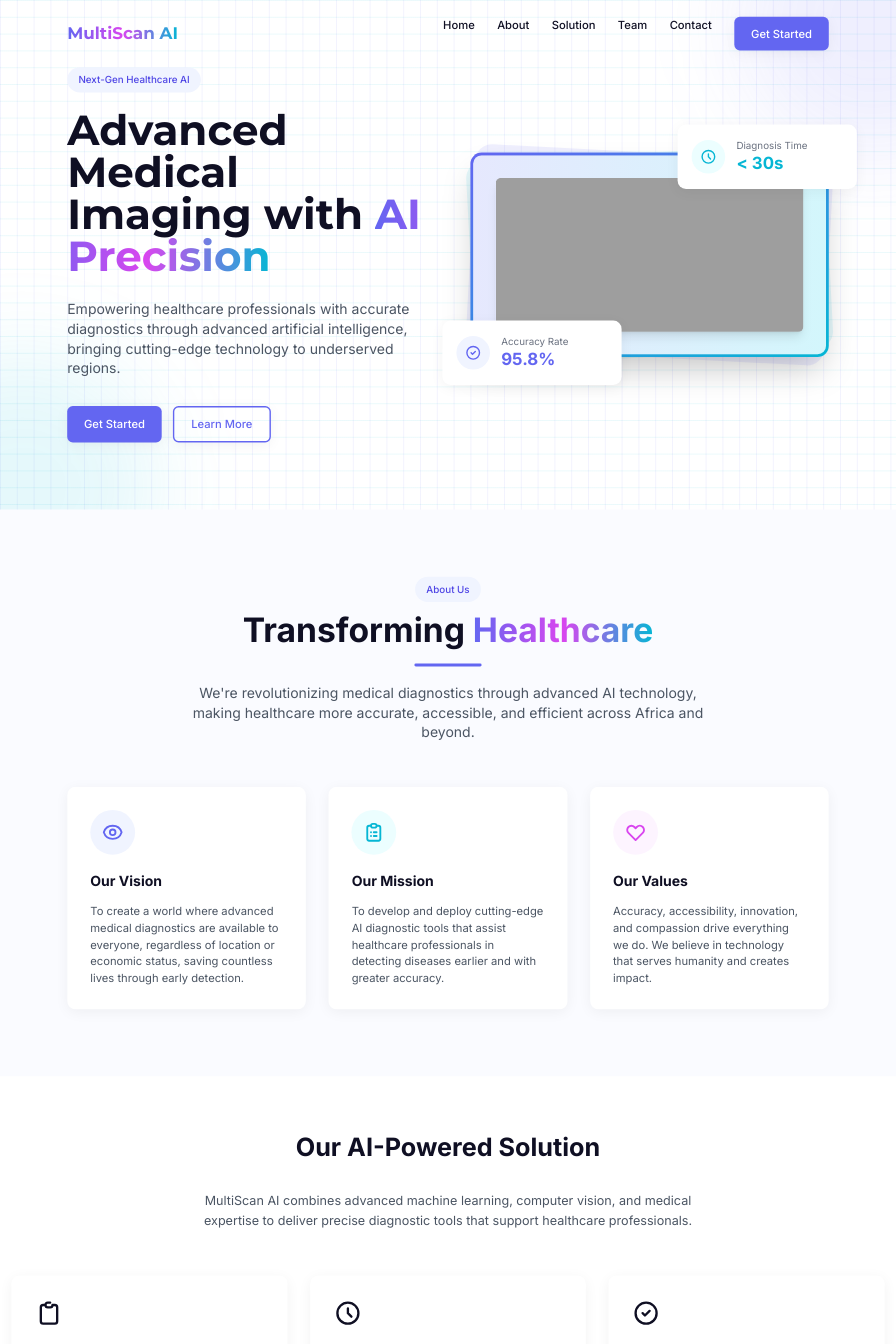
Repository: MultiScan-AI/multiscan-ai.github.io
Page: /
An editor plug-in stored every save of this project. The page is shown before and after the next save, followed by the edit.
The browser window is 1280 px wide. The pictures show the part of the page from y = 0 to 1920 px (the page is 4607 px tall), at 70% of full size.
Pictures or frames that could not be fetched are drawn as grey boxes. The project was rebuilt for these pictures with package versions that can differ from the ones it lists, and the page was loaded fresh each time. Also part of the build but not shown: vite.config.js, src/App.css.

Above is the page before, as saved 2025-07-01 18:34:41.

After the next save:
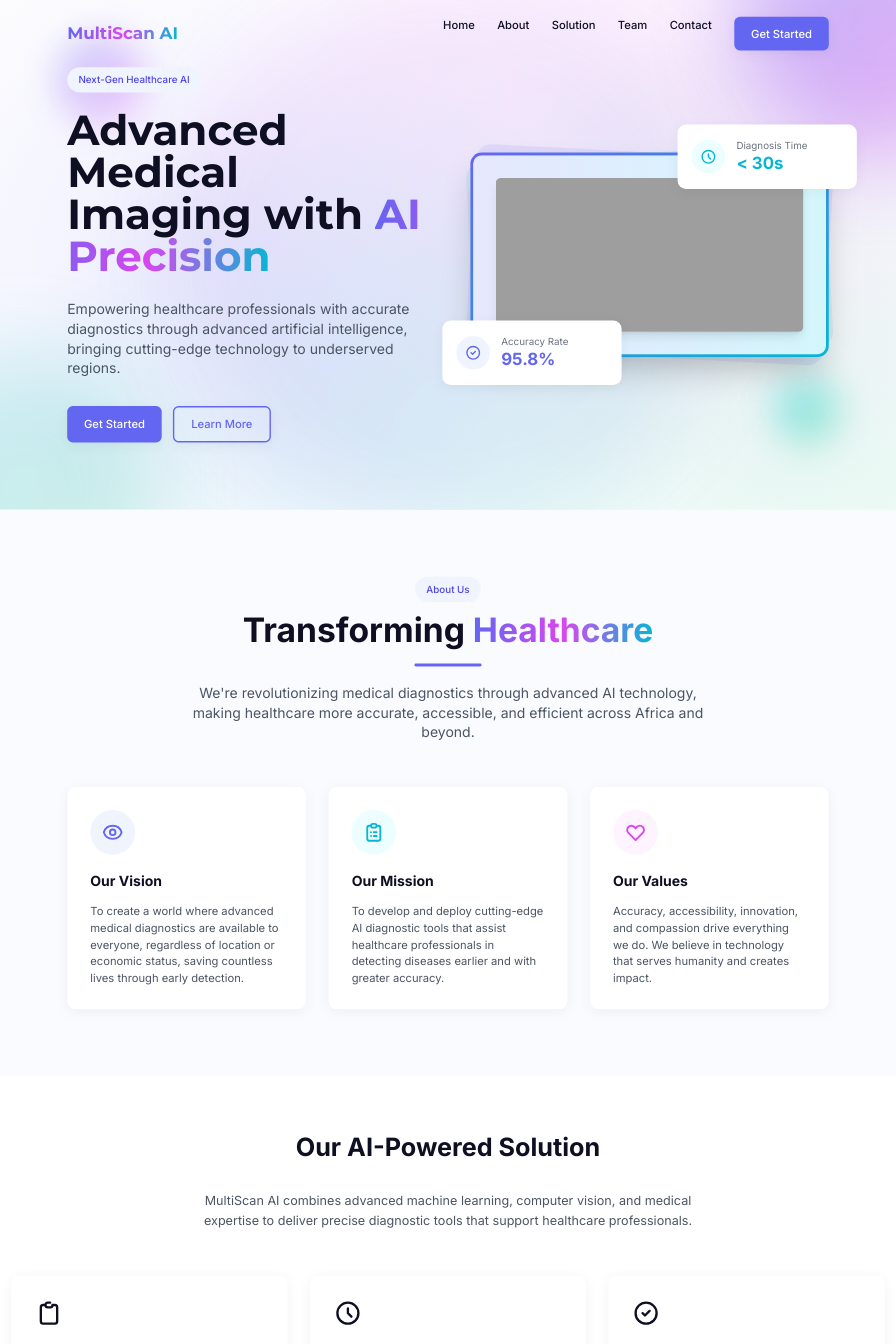
Saved 21 s later.
--- a/src/components/Hero.jsx
+++ b/src/components/Hero.jsx
@@ -3,10 +3,15 @@
 
 const Hero = () => {
   return (
-    <div id="home" className="relative min-h-screen flex items-center overflow-hidden pattern-grid">
-      {/* Background decoration */}
-      <div className="absolute -top-40 -right-40 w-96 h-96 bg-primary-500/10 rounded-full blur-3xl"></div>
-      <div className="absolute -bottom-40 -left-40 w-96 h-96 bg-secondary-500/10 rounded-full blur-3xl"></div>
+    <div id="home" className="relative min-h-screen flex items-center overflow-hidden pattern-mesh">
+      {/* Enhanced Background decoration with gradients */}
+      <div className="absolute -top-40 -right-40 w-96 h-96 gradient-hero rounded-full blur-3xl opacity-30 animate-pulse"></div>
+      <div className="absolute -bottom-40 -left-40 w-96 h-96 gradient-hero rounded-full blur-3xl opacity-20" style={{animationDelay: '2s'}}></div>
+      <div className="absolute top-1/2 left-1/2 transform -translate-x-1/2 -translate-y-1/2 w-[800px] h-[800px] gradient-hero rounded-full blur-3xl opacity-10"></div>
+
+      {/* Floating gradient orbs */}
+      <div className="absolute top-20 left-20 w-32 h-32 bg-gradient-to-br from-primary-400 to-accent-400 rounded-full blur-xl opacity-40 animate-bounce" style={{animationDuration: '3s', animationDelay: '1s'}}></div>
+      <div className="absolute bottom-20 right-20 w-24 h-24 bg-gradient-to-br from-secondary-400 to-tertiary-400 rounded-full blur-xl opacity-40 animate-bounce" style={{animationDuration: '4s'}}></div>
 
       <div className="container-custom py-16 md:py-24 relative z-10">
         <div className="grid grid-cols-1 lg:grid-cols-2 gap-16 items-center">
